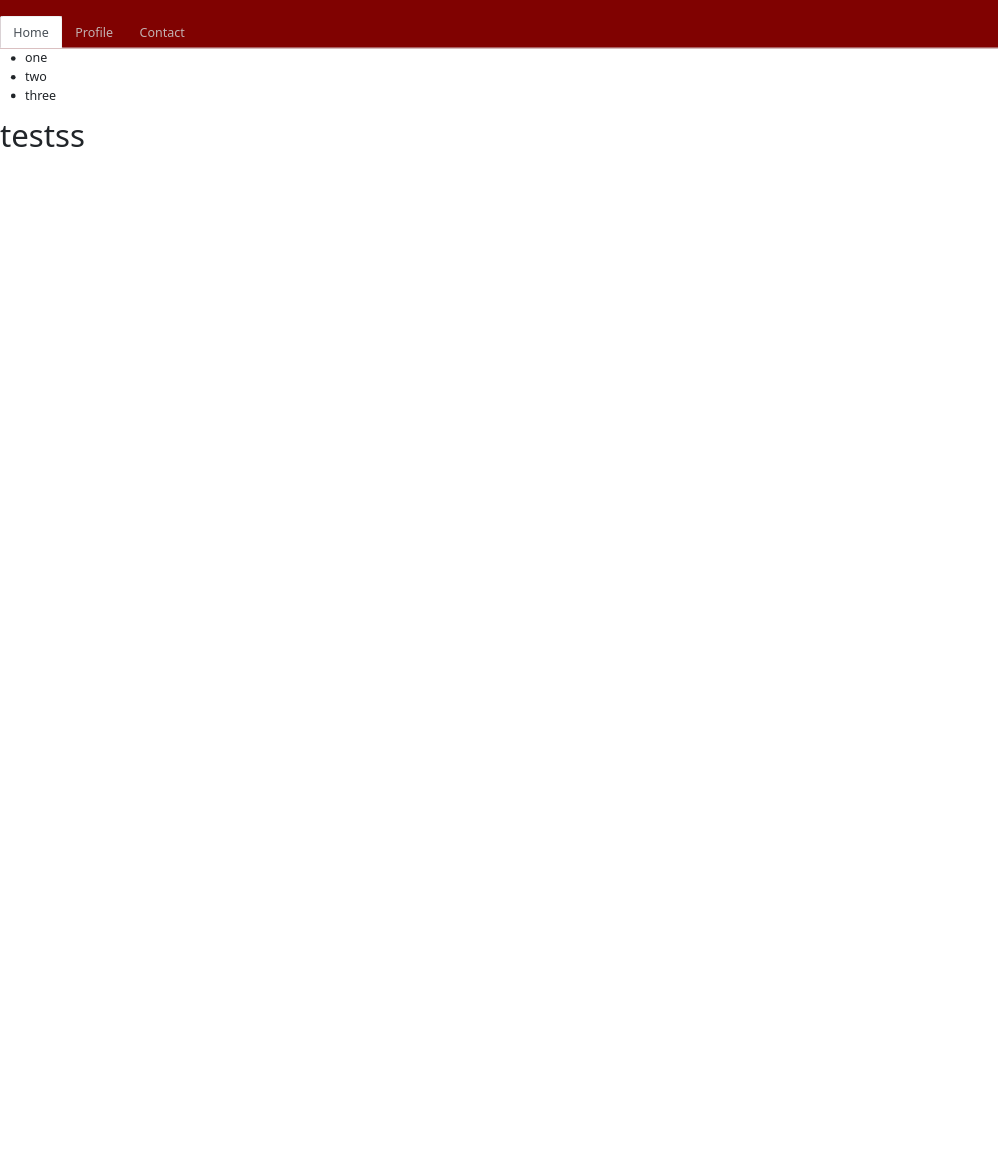
Repository: WaiMaungMaung/Mgr-site
Page: http://localhost/
These files come from the project's save history. The page is drawn as it stood at one moment and after the next save; the edit follows.
The browser window is 1280 px wide. The pictures show the whole page, at 78% of full size.
The page is served by the project's Laravel application, run on PHP 8.4 with Laravel 9.

Above is the page before, as saved 2022-04-06 09:28:47.

After the next save:
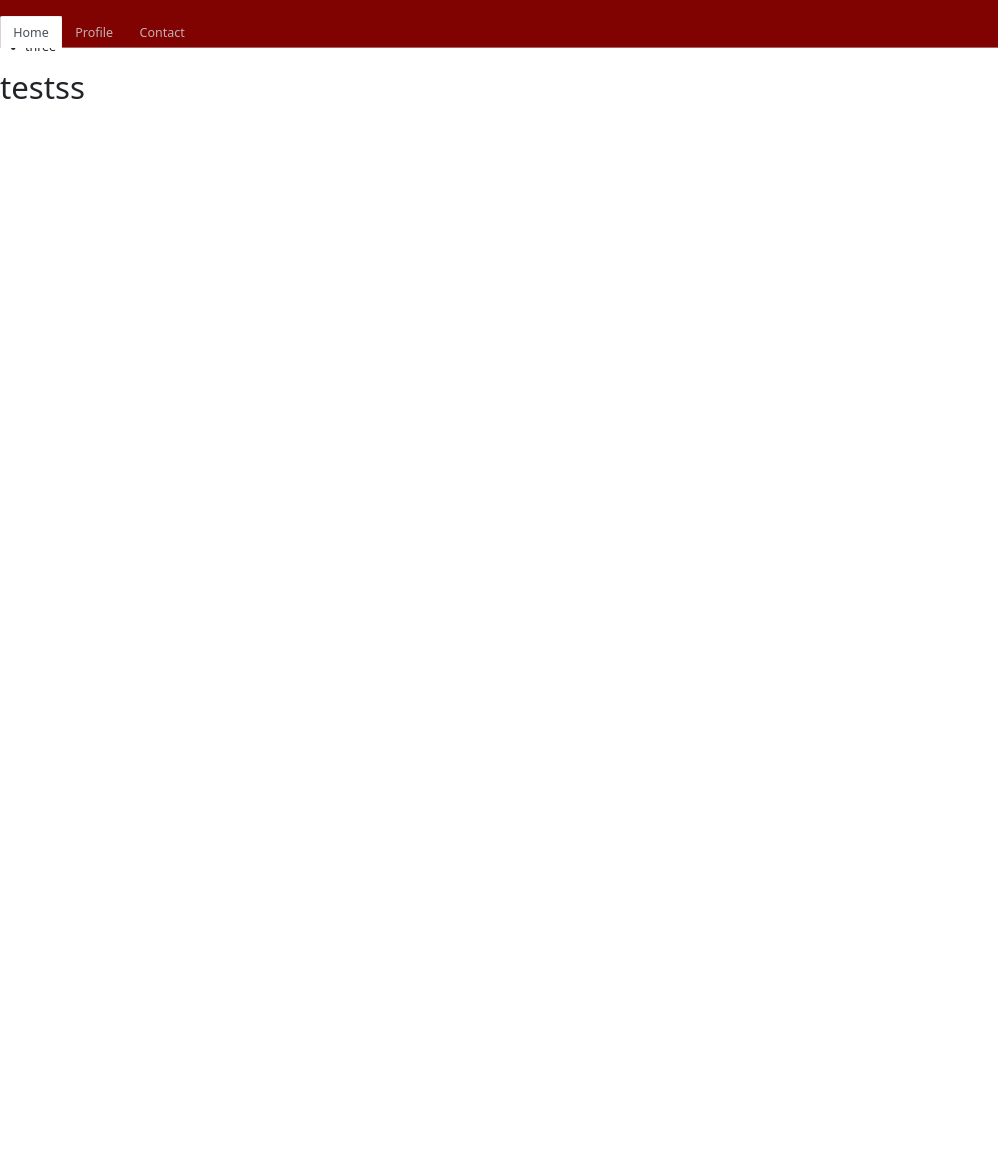
Saved 7 s later.
--- a/resources/views/welcome.blade.php
+++ b/resources/views/welcome.blade.php
@@ -1,6 +1,6 @@
 @extends('layouts.app')
 <div id="container">
-    <ul class="nav nav-tabs home fix-top" id="myTab" role="tablist">
+    <ul class="nav nav-tabs home fixed-top" id="myTab" role="tablist">
         <li class="nav-item" role="presentation">
             <button class="nav-link active sub-nav" id="home-tab" data-bs-toggle="tab" data-bs-target="#home"
                 type="button" role="tab" aria-controls="home" aria-selected="true">Home</button>
